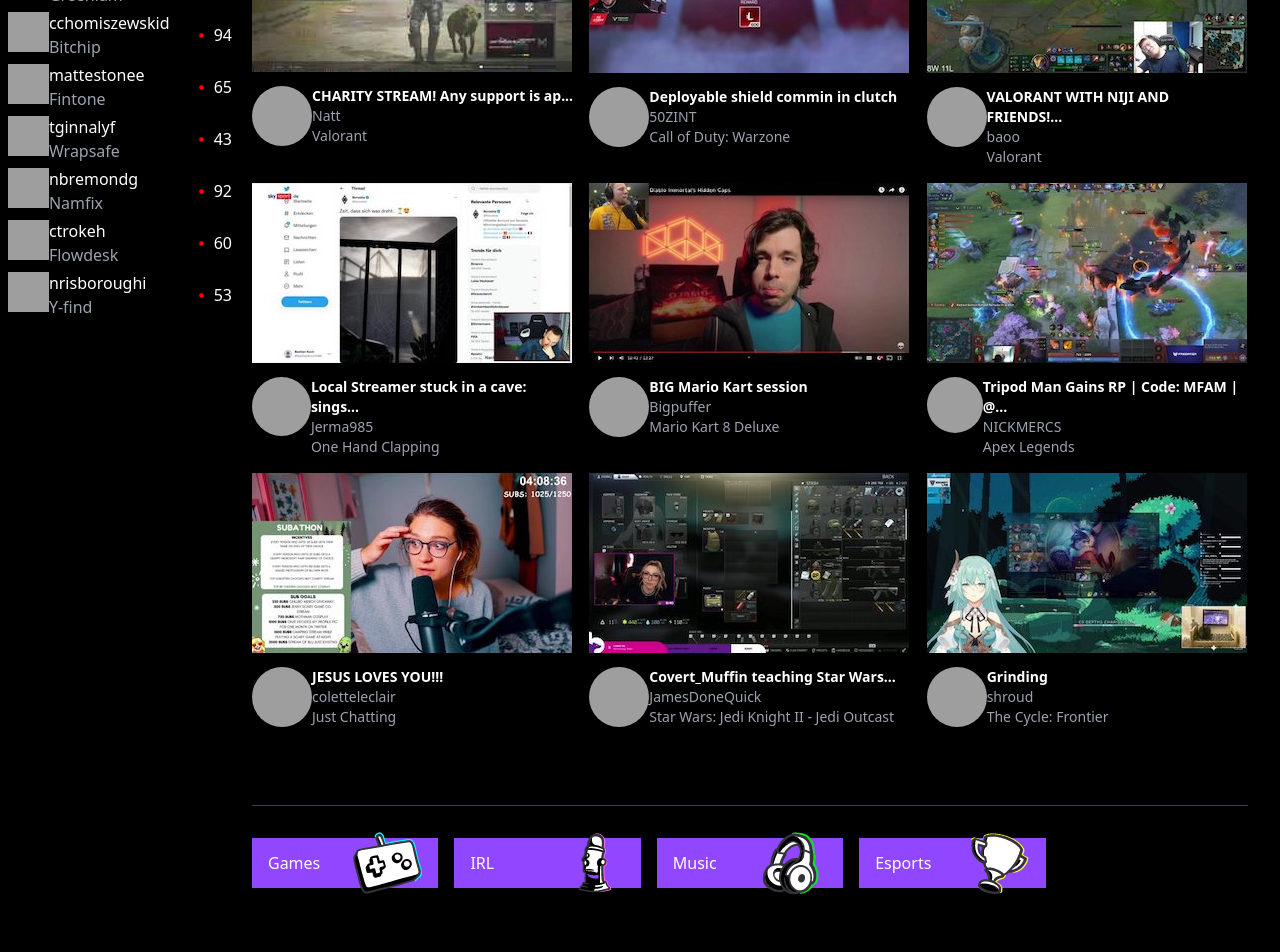
Repository: remydev47/twitch-clone
Page: /
The author's editor kept a copy of each file at every save. The page is drawn from the files as they stood at one save, then again after the next save.
The browser window is 1280 px wide. The pictures show the part of the page from y = 859 to 1811 px (the page is 1811 px tall).
Pictures or frames that could not be fetched are drawn as grey boxes. The page's requests for data from a server got no answer. The project was rebuilt for these pictures with package versions that can differ from the ones it lists, and the page was loaded fresh each time. The framework's server and built-in components were replaced by stand-ins that run in the browser. No one was signed in, and anything a server would have sent is missing. Also part of the build but not shown: next.config.js.

Above is the page before, as saved 2022-07-28 21:29:13.

### pages/_app.js
import Navbar from '../components/Navbar';
import { SessionProvider } from "next-auth/react"
import '../styles/globals.css'

function MyApp({ session, Component, pageProps }) {
  return (
    <SessionProvider session={session}>
    <Navbar />
   <Component {...pageProps} />
  </SessionProvider>
  )
}

export default MyApp

### pages/index.js
import Head from 'next/head'
import Image from 'next/image'
import Layout from '../components/Layout'
import Navbar from '../components/Navbar'


export default function Home() {
  return (
    <div>
      <Layout />
    </div>
  )
}

### styles/globals.css
@tailwind base;
@tailwind components;
@tailwind utilities;

html {
  @apply bg-black text-white
}

### components/Layout.js
import React from 'react'
import Main from './Main';
import Sidebar from './Sidebar'

const Layout = () => {
  return (
    <div className={styles.container}>
        <Sidebar />
        <Main />
    </div>
  )
}

export default Layout;
 const styles = {
    container: `pt-[60px] flex w-full`
 }

### components/Main.js
import React from 'react'
import BarIcon from './BarIcon'
import Hero from './Hero'
import LiveChannels from './LiveChannels'

const Main = () => {
  return (
    <div className={styles.container}>
      <Hero />
      <LiveChannels />
      <BarIcon />
    </div>
  )
}

export default Main
const styles = {
  container:`absolute left-[64px] xl:left-[220px]`
}

### components/Sidebar.js
import React from 'react'
import { recommended_channels } from '../data/mock-data'
import { top_channels } from '../data/mock-data'
import { RiMovieLine } from 'react-icons/ri'
import Image from 'next/image'
import { BsDot } from 'react-icons/bs'

const Sidebar = () => {
  return (
    <div className={styles.container}>
        <div>
            <p className={styles.channels}>Recommended Channels</p>
            <p>
                <RiMovieLine size={30} className={styles.movieIcon}/>
            </p>
        </div>
        {recommended_channels.map((item, index) => (
          <div key={index} className={styles.mapchannel}>
            <div>
              <Image
                src={item.avatar}
                width='50'
                height='50'
              />
            </div>
            <div className={styles.username}>
              <div>
                <p>{item.username}</p>
                <p className='text-gray-400'>{item.game_name}</p>
              </div>
              <p className='flex items-center'>
                <BsDot size={25} color='red'/>
                {item.rank}
              </p>
            </div>
          </div>
        ))}
        <div>
            <p className={styles.channels}>Top Channels</p>
            <p>
                <RiMovieLine size={30} className={styles.movieIcon}/>
            </p>
        </div>
        {top_channels.map((item, index) => (
          <div key={index} className={styles.mapchannel}>
            <div>
              <Image
                src={item.avatar}
                width='50'
                height='50'
              />
            </div>
            <div className={styles.username}>
              <div>
                <p>{item.username}</p>
                <p className='text-gray-400'>{item.game_name}</p>
              </div>
              <p className='flex items-center'>
                <BsDot size={25} color='red'/>
                {item.rank}
              </p>
            </div>
          </div>
        ))}
    </div>
  )
}

export default Sidebar
const styles ={
    container:`fixed w-14 sm:w-16 xl:w-[15rem] h-screen p-2 bg-[#0e0e10] cursor-pointer`,
    channels:`hidden xl:flex uppercase font-bold text-sm pb-4`,
    movieIcon: `xl:hidden justify-center w-full`,
    mapchannel:`inline-flex items-center w-full py-[2px]`,
    username: `hidden xl:flex justify-between w-full`,

}

### components/BarIcon.js
import Image from 'next/image';
import React from 'react'
import headphones from '../public/assets/headphones.png'
import mic from '../public/assets/mic.png';
import paint from '../public/assets/paint.png';
import remote from '../public/assets/remote.png';
import trophy from '../public/assets/trophy.png'

const BarIcon = () => {
  return (
    <div className='p-2 md:p-8'>
        <div className='grid sm:grid-cols-3 lg:grid-cols-5 gap-4 border-t border-gray-700 py-8'>
            <div className='w-full h-[50px] bg-[#9147ff] flex justify-between items-center px-4 relative'>
                <p>Games</p>
                <Image
                  src={remote}
                />
            </div>
            <div className='w-full h-[50px] bg-[#9147ff] flex justify-between items-center px-4 relative'>
                <p>IRL</p>
                <Image
                  src={mic}
                />
            </div>
            <div className='w-full h-[50px] bg-[#9147ff] flex justify-between items-center px-4 relative'>
                <p>Music</p>
                <Image
                  src={headphones}
                />
            </div>
            <div className='w-full h-[50px] bg-[#9147ff] flex justify-between items-center px-4 relative'>
                <p>Esports</p>
                <Image
                  src={trophy}
                />
            </div>
        </div>
    </div>
  )
}

export default BarIcon

### components/Hero.js
import React from 'react'

const Hero = () => {
  return (
    <div id='hero' className='p-2 md:p-8'>
        <div className='relative overflow-hidden w-full pt-[56.25%]'>
        <iframe
        className='absolute top-0 left-0 right-0 bottom-0 w-full h-full'
        src="https://www.youtube.com/embed/dFvx-4gb-p4"
        title="YouTube video player"
        frameborder="0"
        allow="accelerometer; autoplay; clipboard-write; encrypted-media; gyroscope; picture-in-picture"
        allowfullscreen
        >
        </iframe>
        </div>
    </div>
  )
}

export default Hero

### components/LiveChannels.js
import React from 'react'
import ChannellItem from './ChannellItem'
import Live1 from '../public/assets/live/live1.jpeg'
import Live2 from '../public/assets/live/live2.jpeg'
import Live3 from '../public/assets/live/live3.jpeg'
import Live4 from '../public/assets/live/live4.jpeg'
import Live5 from '../public/assets/live/live5.jpeg'
import Live6 from '../public/assets/live/live6.jpeg'
import Live7 from '../public/assets/live/live7.jpeg'
import Live8 from '../public/assets/live/live8.jpeg'
import Live9 from '../public/assets/live/live9.jpeg'
import Live10 from '../public/assets/live/live10.jpeg'
import Live11 from '../public/assets/live/live11.jpeg'
import Live12 from '../public/assets/live/live12.jpeg'

const LiveChannels = () => {
  return (
    <div id=''live className='p-2 md:p-8'>
        <h2 className={styles.live}>
            <span className='text-[#9147ff]'>Live Channels</span>
            <span> we think you might like</span>
        </h2>
        {/* video container */}
        <div className={styles.videoContainer}>
            <ChannellItem
              img={Live1}
              profile_img='https://static-cdn.jtvnw.net/jtv_user_pictures/ced31775-5eb0-458a-b3c2-bd94b3587ec1-profile_image-50x50.png'
              title='CHARITY STREAM! Any support is ap...'
              user='Natt'
              game='Valorant'
            />
            <ChannellItem
              img={Live2}
              profile_img='https://static-cdn.jtvnw.net/jtv_user_pictures/5d92c6c6-69f6-4d4e-8fc3-aeb9da5e6260-profile_image-50x50.png'
              title='Deployable shield commin in clutch'
              user='50ZINT'
              game='Call of Duty: Warzone'
            />
         <ChannellItem
          img={Live3}
          profile_img='https://static-cdn.jtvnw.net/jtv_user_pictures/26fac640-e78a-49f4-8ab2-8d12b92574c6-profile_image-50x50.png'
          title='VALORANT WITH NIJI AND FRIENDS!...'
          user='baoo'
          game='Valorant'
        />
        <ChannellItem
          img={Live4}
          profile_img='https://static-cdn.jtvnw.net/jtv_user_pictures/jerma985-profile_image-447425e773e6fd5c-50x50.jpeg'
          title='Local Streamer stuck in a cave: sings...'
          user='Jerma985'
          game='One Hand Clapping'
        />
        <ChannellItem
          img={Live5}
          profile_img='https://static-cdn.jtvnw.net/jtv_user_pictures/bed3ea39-265b-4632-b866-598bb8c045dd-profile_image-50x50.png'
          title='BIG Mario Kart session'
          user='Bigpuffer'
          game='Mario Kart 8 Deluxe'
        />
        <ChannellItem
          img={Live6}
          profile_img='https://static-cdn.jtvnw.net/jtv_user_pictures/b3c347ed-1a7a-40a2-8bee-8a7c4426eb33-profile_image-50x50.png'
          title='Tripod Man Gains RP | Code: MFAM | @...'
          user='NICKMERCS'
          game='Apex Legends'
        />
        <ChannellItem
          img={Live7}
          profile_img='https://static-cdn.jtvnw.net/jtv_user_pictures/25911b2f-6077-4e46-b66e-25f1655f09f6-profile_image-50x50.png'
          title='JESUS LOVES YOU!!!'
          user='coletteleclair'
          game='Just Chatting'
        />
        <ChannellItem
          img={Live8}
          profile_img='https://static-cdn.jtvnw.net/jtv_user_pictures/b3fc1f16-0818-4121-8711-c31b9469bc21-profile_image-50x50.png'
          title='Covert_Muffin teaching Star Wars...'
          user='JamesDoneQuick'
          game='Star Wars: Jedi Knight II - Jedi Outcast'
        />
        <ChannellItem
          img={Live9}
          profile_img='https://static-cdn.jtvnw.net/jtv_user_pictures/7ed5e0c6-0191-4eef-8328-4af6e4ea5318-profile_image-50x50.png'
          title='Grinding'
          user='shroud'
          game='The Cycle: Frontier'
        />
        </div>
    </div>
  )
}

export default LiveChannels

const styles = {
    live:`text-xl font-bold px-2`,
    videoContainer:`grid sm:grid-cols-2 md:grid-cols-3 2xl:grid-cols-4 3xl:grid-cols-5 gap-4 py-2`
}

### data/mock-data.js
export const recommended_channels = [
    {
      "id":1,
      "avatar":"https://robohash.org/facereutcorrupti.png?size=50x50&set=set1",
      "username":"tcarluccio0",
      "game_name":"Holdlamis",
      "rank":49
    },
    {
    "id":2,
    "avatar":"https://robohash.org/estquaeratneque.png?size=50x50&set=set1",
    "username":"omacgeaney1",
    "game_name":"Stringtough",
    "rank":8
    },
   {
   "id":3,
   "avatar":"https://robohash.org/etcommodidolor.png?size=50x50&set=set1",
   "username":"hrains2",
   "game_name":"Redhold",
   "rank":36
   },
   {
    "id":4,
    "avatar":"https://robohash.org/inerrorquia.png?size=50x50&set=set1",
    "username":"sallflatt3",
    "game_name":"Bamity",
    "rank":55
  },
  {
  "id":5,
   "avatar":"https://robohash.org/utquibusdamtenetur.png?size=50x50&set=set1",
   "username":"ctrevear4",
   "game_name":"Lotstring",
   "rank":43
  },
  {
   "id":6,
   "avatar":"https://robohash.org/totamvoluptatessuscipit.png?size=50x50&set=set1",
   "username":"ttrench5",
   "game_name":"Wrapsafe",
   "rank":27
  },
  {
    "id":7,
    "avatar":"https://robohash.org/repellatdoloresvoluptate.png?size=50x50&set=set1",
    "username":"lbonifacio6",
    "game_name":"Bamity",
    "rank":34},
   {
    "id":8,
    "avatar":"https://robohash.org/quimaximequi.png?size=50x50&set=set1",
    "username":"jmatokhnin7",
    "game_name":"Sonsing",
    "rank":49
  },
   {
    "id":9,
    "avatar":"https://robohash.org/expeditaveniammolestiae.png?size=50x50&set=set1",
    "username":"pemerson8",
    "game_name":"Domainer",
    "rank":77
  },
  {
    "id":20,
    "avatar":"https://robohash.org/placeatnemovel.png?size=50x50&set=set1",
    "username":"kbeausangj",
    "game_name":"Zaam-Dox",
    "rank":93
  }
]
export const top_channels = [
{
  "id":1,
  "avatar":"https://robohash.org/placeatitaqueiste.png?size=50x50&set=set1",
  "username":"fhalahan9",
  "game_name":"Holdlamis",
  "rank":98
},
{
  "id":2,
  "avatar":"https://robohash.org/quasiveritatispariatur.png?size=50x50&set=set1",
  "username":"mmacilhencha",
  "game_name":"Stringtough",
  "rank":98
},
{
  "id":3,
  "avatar":"https://robohash.org/ipsamofficiaqui.png?size=50x50&set=set1",
  "username":"clecountb",
  "game_name":"Lotstring",
  "rank":13
},
{
  "id":4,
  "avatar":"https://robohash.org/autquiipsum.png?size=50x50&set=set1",
  "username":"jpeglerc",
  "game_name":"Greenlam",
  "rank":43
},
{
  "id":5,
  "avatar":"https://robohash.org/veroremmaiores.png?size=50x50&set=set1",
  "username":"cchomiszewskid",
  "game_name":"Bitchip",
  "rank":94
},
{
  "id":6,
  "avatar":"https://robohash.org/possimusquiaet.png?size=50x50&set=set1",
  "username":"mattestonee",
  "game_name":"Fintone",
  "rank":65
},
{
  "id":7,
  "avatar":"https://robohash.org/quiinventoreiste.png?size=50x50&set=set1",
  "username":"tginnalyf",
  "game_name":"Wrapsafe",
  "rank":43
},
{
"id":8,
"avatar":"https://robohash.org/molestiasdoloresit.png?size=50x50&set=set1",
"username":"nbremondg",
"game_name":"Namfix",
"rank":92
},
{
  "id":9,
  "avatar":"https://robohash.org/suntquonumquam.png?size=50x50&set=set1",
  "username":"ctrokeh",
  "game_name":"Flowdesk",
  "rank":60
},
{
  "id":10,
  "avatar":"https://robohash.org/quiaillumnisi.png?size=50x50&set=set1",
  "username":"nrisboroughi",
  "game_name":"Y-find",
  "rank":53
},
]

### components/ChannellItem.js
import Image from 'next/image'
import React from 'react'

const ChannellItem = ({img, profile_img, title, user, game}) => {
  return (
    <div classNae='p-2'>
        <Image
         src={img}
        />
        <div className='flex pt-2'>
            <div>
                <Image src={profile_img} width='60' height='60' className='rounded-full'/>
            </div>
            <div>
                <p className='text-sm font-bold'>{title}</p>
                <p className='text-sm text-gray-400'>{user}</p>
                <p className='text-sm text-gray-400'>{game}</p>
            </div>
        </div>
    </div>
  )
}

export default ChannellItem

### tailwind.config.js
/** @type {import('tailwindcss').Config} */
module.exports = {
  content: [
    "./pages/**/*.{js,ts,jsx,tsx}",
    "./components/**/*.{js,ts,jsx,tsx}",
  ],
  theme: {
    extend: {},
    screens:{
      sm: '640px',
      md:'768px',
      lg:'1028px',
      xl:'1280px',

      '2xl' : '1600px',
      '3xl' : '1800px'
        }
  },
  plugins: [],
}

Loaded but not shown: components/Navbar.js (256 lines, source omitted)

After the next save:
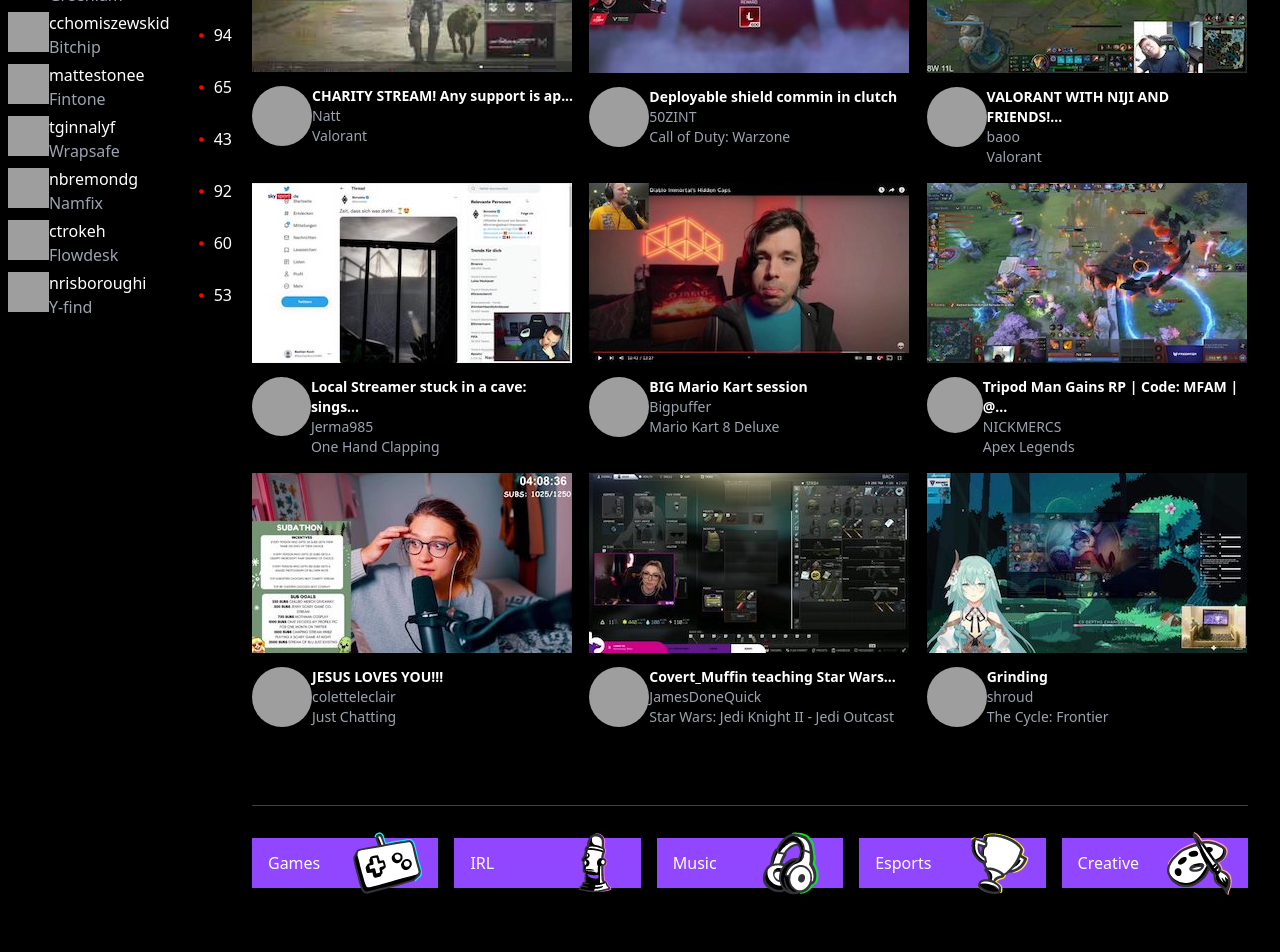
Saved 64 s later.
--- a/components/BarIcon.js
+++ b/components/BarIcon.js
@@ -34,6 +34,12 @@
                   src={trophy}
                 />
             </div>
+            <div className='w-full h-[50px] bg-[#9147ff] flex justify-between items-center px-4 relative'>
+                <p>Creative</p>
+                <Image
+                  src={paint}
+                />
+            </div>
         </div>
     </div>
   )
